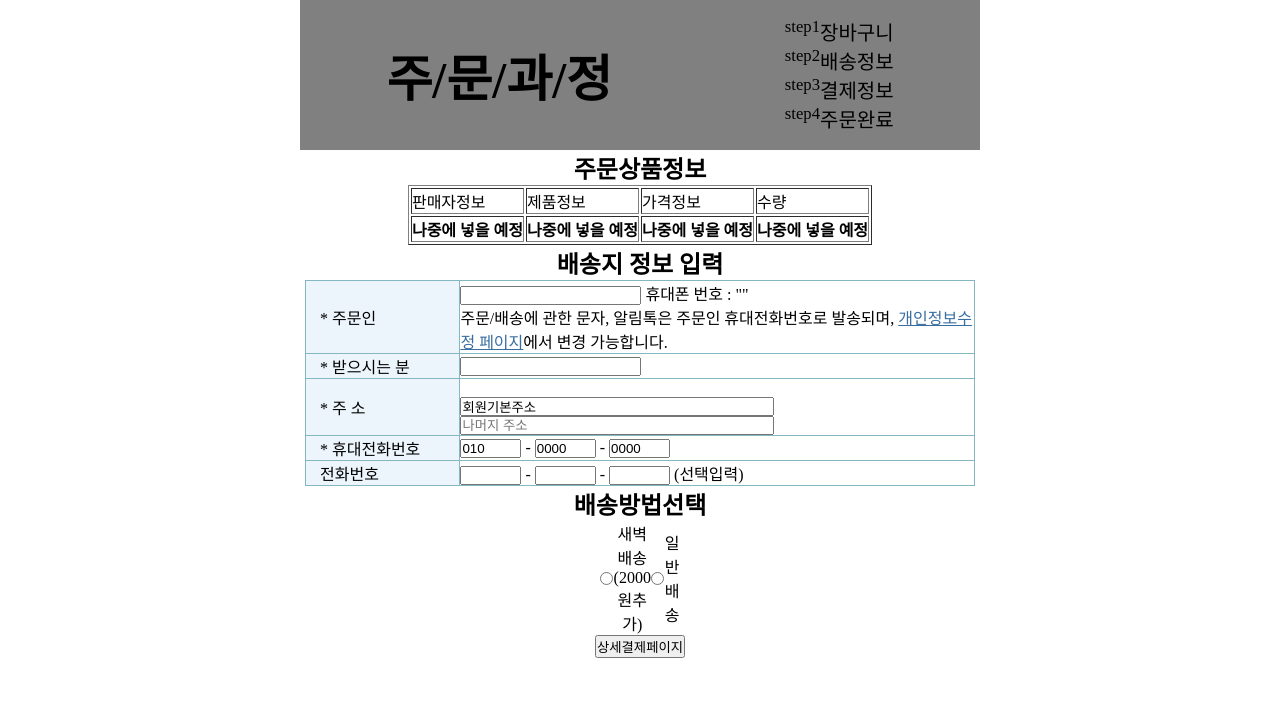
Repository: kym-1000/book
Page: http://localhost/book/WEB-INF/views/cart/ShippingInformation.jsp
An editor plug-in stored every save of this project. The page is shown before and after the next save, followed by the edit.
The browser window is 1280 px wide. The pictures show the whole page.
The page is served by Tomcat 9. Nobody is signed in. The template is opened directly, without the code that normally fills it, so the values that code supplies are empty.

Above is the page before, as saved 2023-01-03 07:20:39.

After the next save:
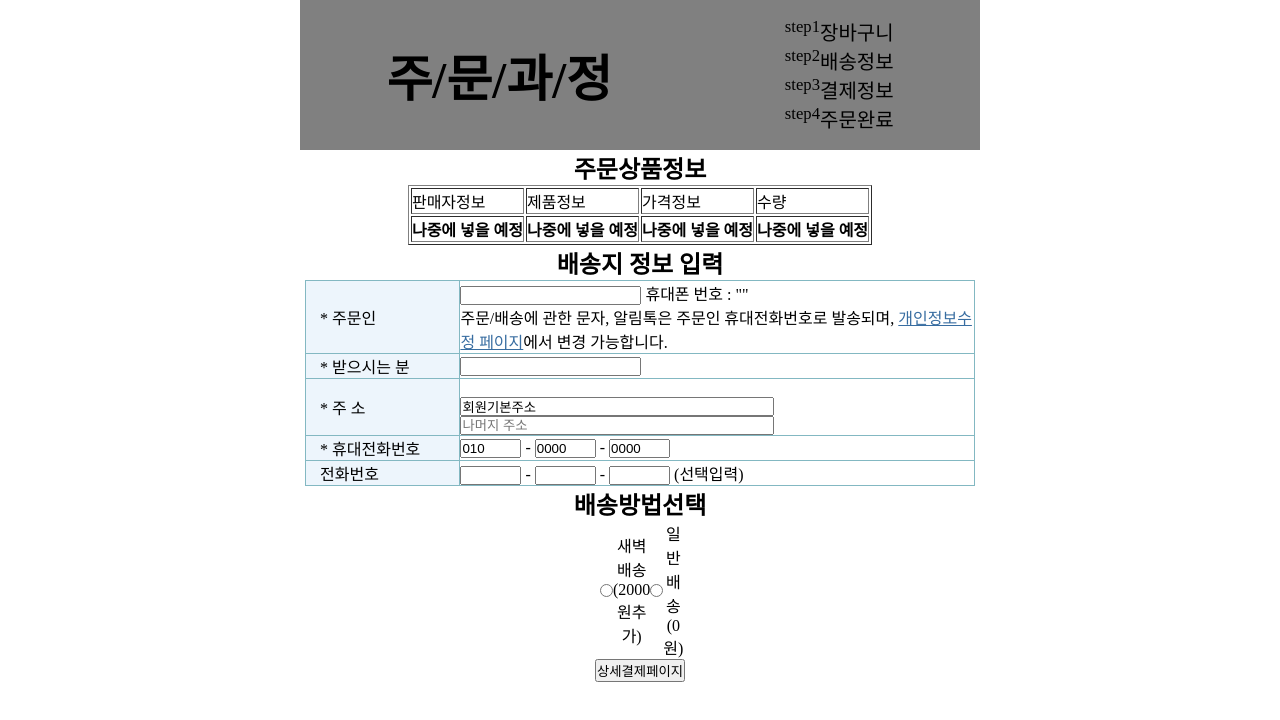
Saved 4 s later.
--- a/book/book/src/main/webapp/WEB-INF/views/cart/ShippingInformation.jsp
+++ b/book/book/src/main/webapp/WEB-INF/views/cart/ShippingInformation.jsp
@@ -140,7 +140,7 @@
 				<input type='radio'
 				       name='delivery'
 				       value='0'
-				       onclick='getdeliveryPrice(event)'/>일반배송
+				       onclick='getdeliveryPrice(event)'/>일반배송(0원)
 
 				<div id='result'></div>
 
